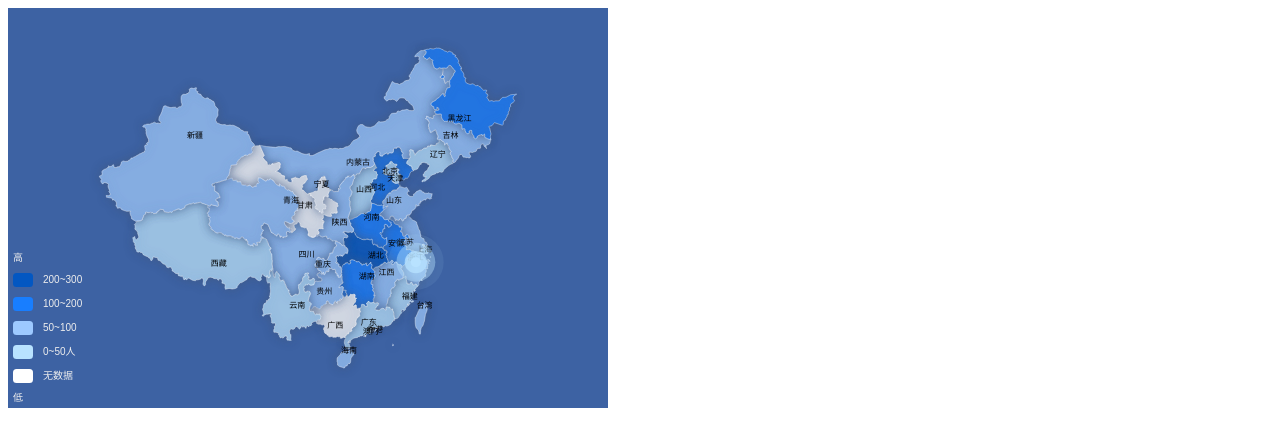
Repository: 572031690/echartssimple
Page: 21.地图常见效果_地图和散点图结合.html
The author's editor kept a copy of each file at every save. The page is drawn from the files as they stood at one save, then again after the next save.
The browser window is 1280 px wide. The pictures show the whole page.

Above is the page before, as saved 2021-08-11 12:32:02.

After the next save:
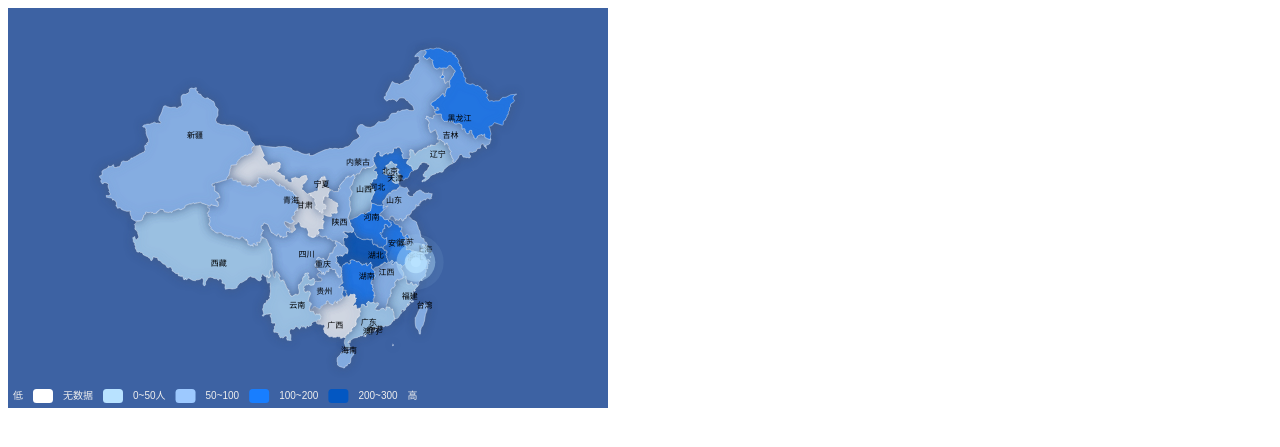
Saved 69 s later.
--- a/21.地图常见效果_地图和散点图结合.html
+++ b/21.地图常见效果_地图和散点图结合.html
@@ -113,7 +113,7 @@
           max: 300,
           text: ['高', '低'],//两端的文本，如 ['High', 'Low']
           showLabel:true,                     //是否显示每项的文本标签
-          orient:"vertical",                        //图例排列方向
+          orient:"horizontal",                        //图例排列方向 水平horizontal 垂直vertical
           //
           indicatorStyle: {
             borderColor:'red',
